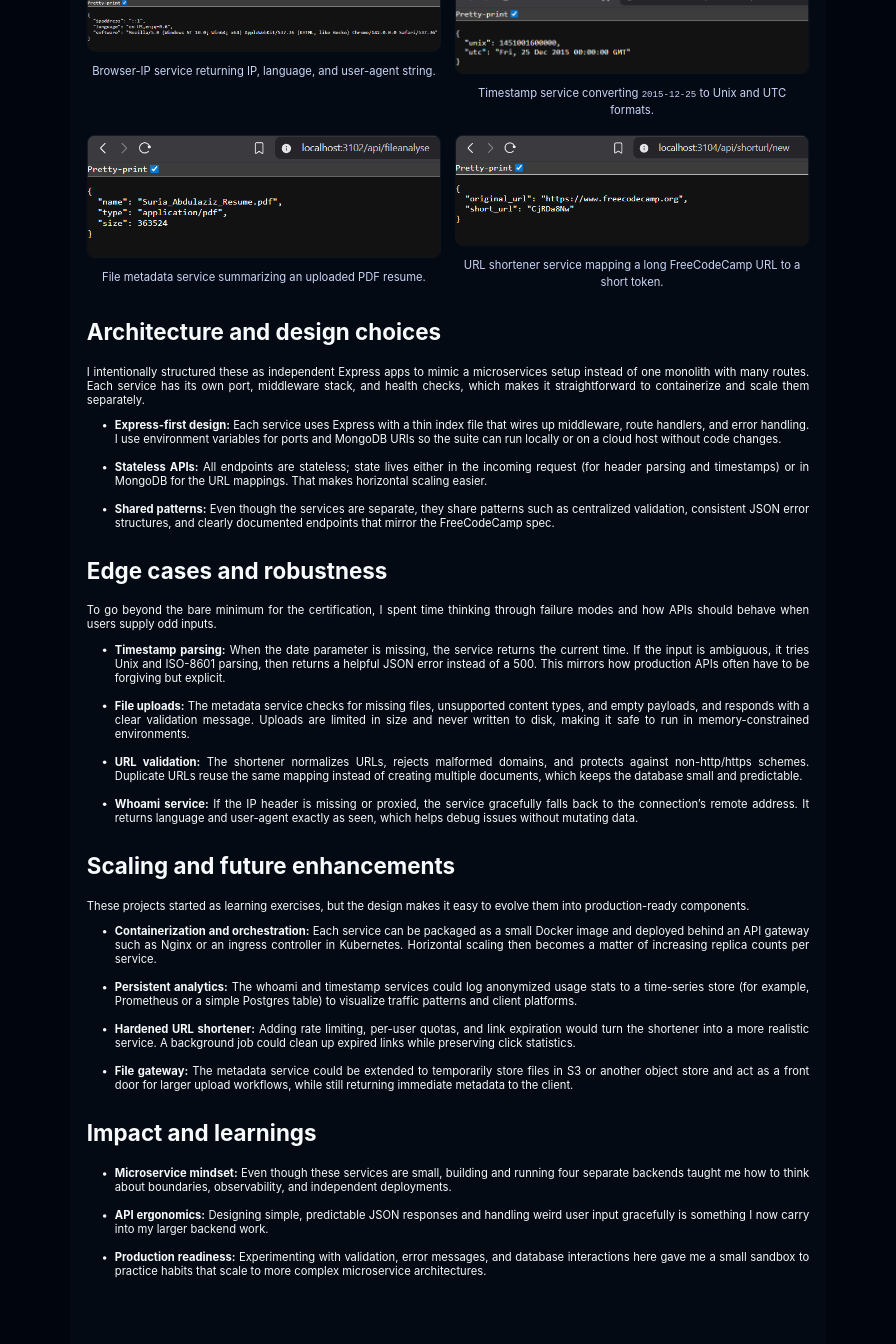
Repository: Abdulaziz-04/Abdulaziz-04.github.io
Page: deepdives/backend_systems/microservices/microservices.html
An editor plug-in stored every save of this project. The page is shown before and after the next save, followed by the edit.
The browser window is 1280 px wide. The pictures show the part of the page from y = 1842 to 3762 px (the page is 3762 px tall before and 3702 px after), at 70% of full size.

Above is the page before, as saved 2025-11-20 23:16:48.

After the next save:
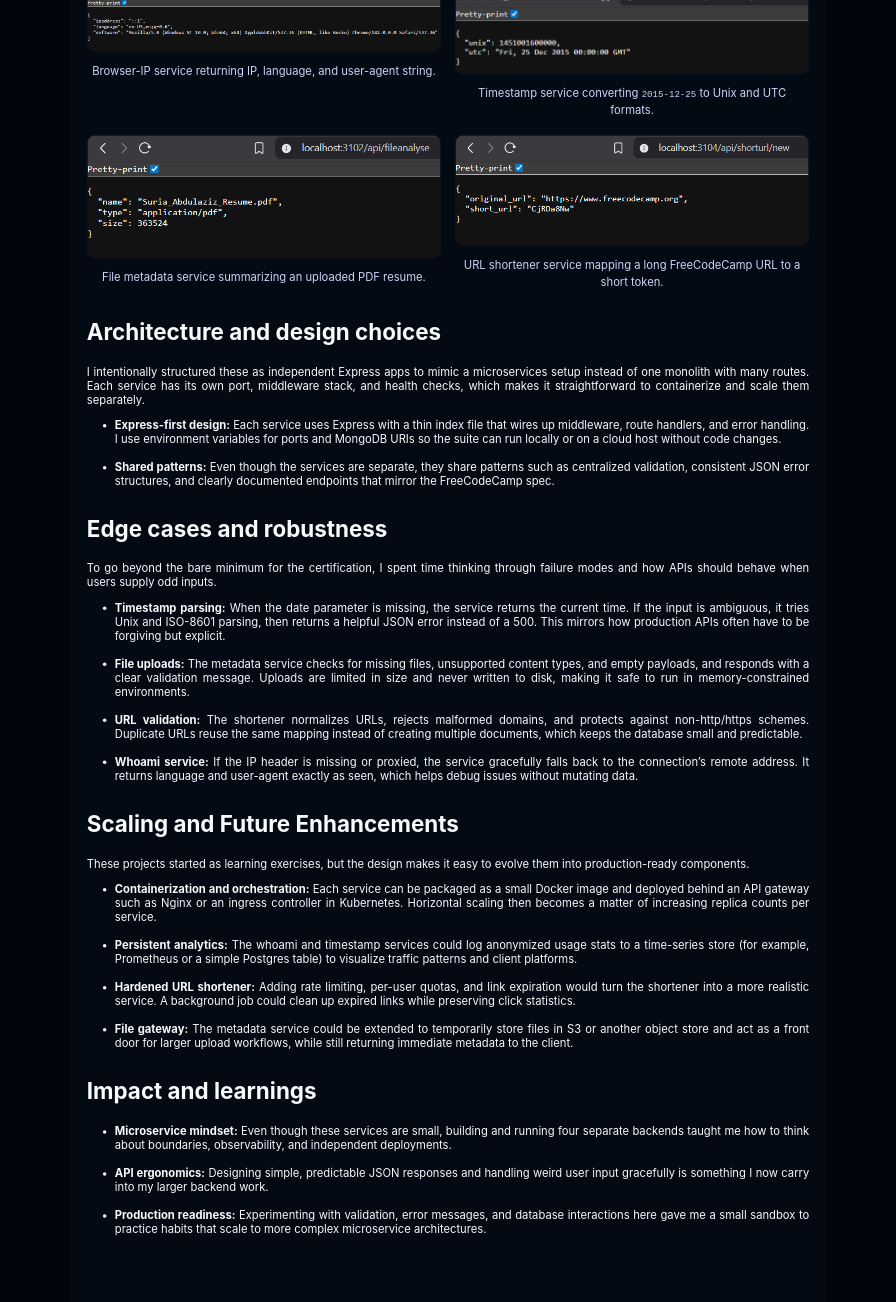
Saved 3 min 45 s later.
--- a/deepdives/backend_systems/microservices/microservices.html
+++ b/deepdives/backend_systems/microservices/microservices.html
@@ -210,13 +210,6 @@
           </li>
           <br />
           <li>
-            <b>Stateless APIs:</b>
-            All endpoints are stateless; state lives either in the incoming
-            request (for header parsing and timestamps) or in MongoDB for the
-            URL mappings. That makes horizontal scaling easier.
-          </li>
-          <br />
-          <li>
             <b>Shared patterns:</b>
             Even though the services are separate, they share patterns such as
             centralized validation, consistent JSON error structures, and
@@ -271,7 +264,7 @@
 
       <!-- SCALING & FUTURE ENHANCEMENTS -->
       <section class="detail-section">
-        <h2>Scaling and future enhancements</h2>
+        <h2>Scaling and Future Enhancements</h2>
         <p>
           These projects started as learning exercises, but the design makes it
           easy to evolve them into production-ready components.
